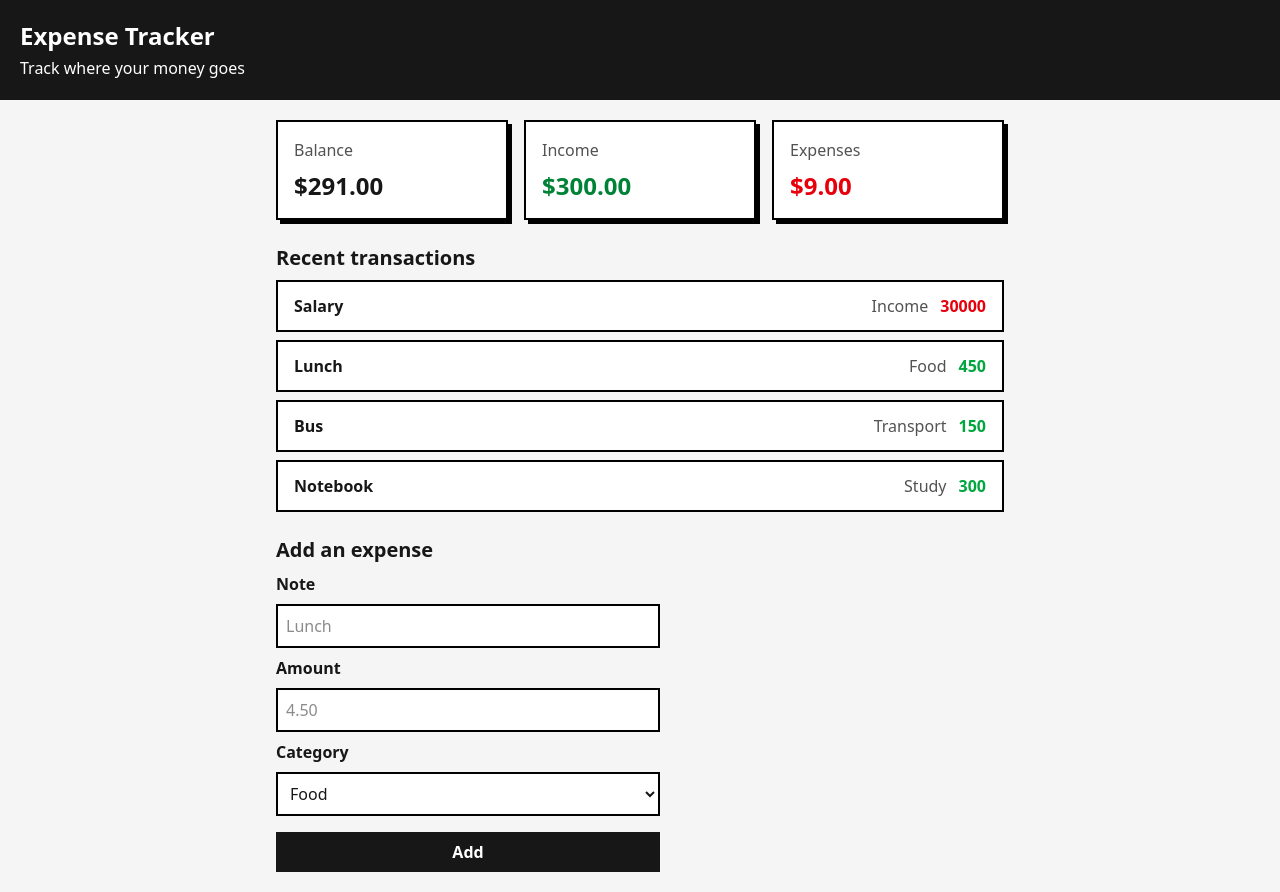
Repository: Keanbunheng/html-basics-Day1_AI
Page: expense-tracker-w2-d4-start/index.html
These files come from the project's save history. The page is drawn as it stood at one moment and after a run of saves; the edit follows.
The browser window is 1280 px wide. The pictures show the whole page.

Above is the page before, as saved 2026-11-17 21:09:03.

After the next 3 saves:
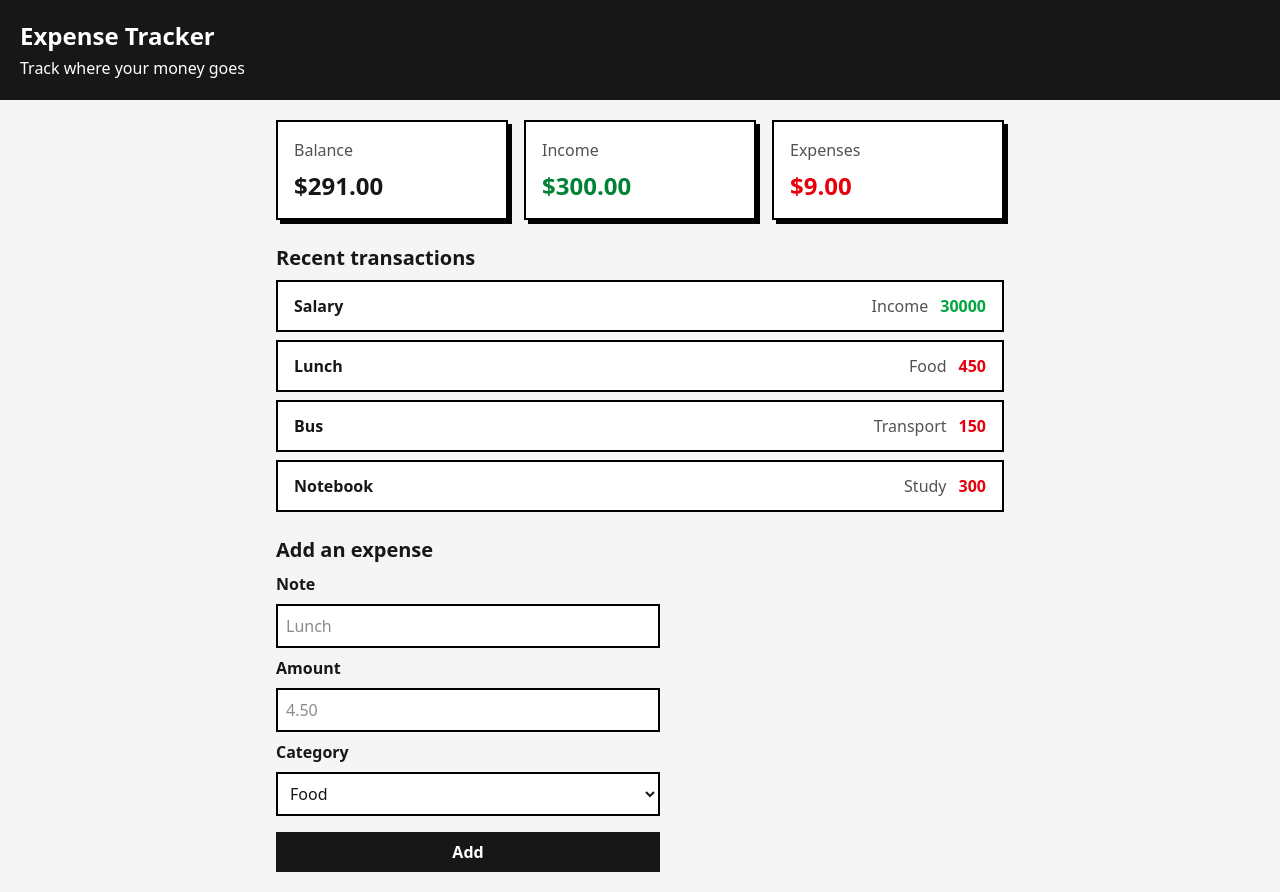
The 3 saves are shown as one change because they came seconds apart.
The last was saved 33 s later.
--- a/expense-tracker-w2-d4-start/app.js
+++ b/expense-tracker-w2-d4-start/app.js
@@ -109,7 +109,7 @@ lists.innerHTML = transactions
   <li class="mb-2 flex flex-col gap-1 border-2 border-black bg-white px-4 py-3 sm:flex-row sm:justify-between sm:gap-3">
     <span class="flex-1 font-semibold">${ele.note}</span>
     <span class="text-neutral-600">${ele.category}</span>
-    <span class="font-bold ${isExpense ? 'text-green-600' : 'text-red-600'}">${ele.amountCents}</span>
+    <span class="font-bold ${isExpense ? 'text-red-600' : 'text-green-600'}">${ele.amountCents}</span>
   </li>
 `;
   })
